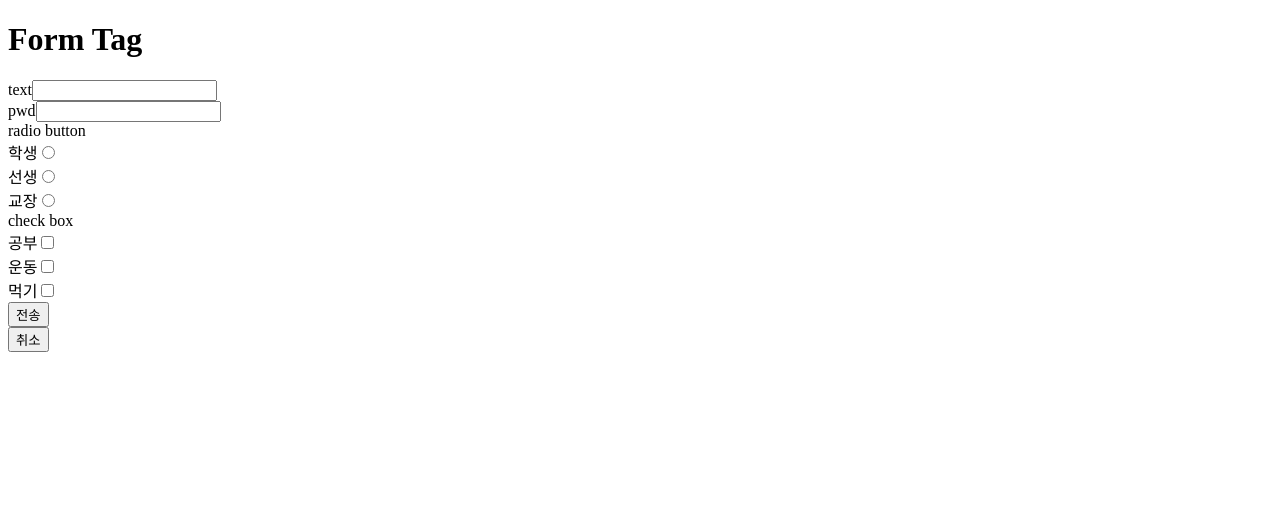
Repository: Scoobi-wisdoom/web
Page: d01/web/a6.html
An editor plug-in stored every save of this project. The page is shown before and after the next save, followed by the edit.
The browser window is 1280 px wide. The pictures show the whole page.

Above is the page before, as saved 2020-08-05 07:07:24.

### d01/web/a6.html
<!DOCTYPE html>
<html>
<head>
<meta charset="EUC-KR">
<title>Insert title here</title>
</head>
<body>
<h1>Form Tag</h1>
<form action="register" method="GET">
text<input type="text" name="t1"><br>
pwd<input type="password" name="p12"><br>
radio button<br>
학생<input type="radio" name="r1" value="v1"><br>
선생<input type="radio" name="r1" value="v2"><br>
교장<input type="radio" name="r1" value="v3"><br>
check box<br>
공부<input type="checkbox" name="c1" value="z1"><br>
운동<input type="checkbox" name="c1" value="z2"><br>
먹기<input type="checkbox" name="c1" value="z3"><br>
<input type="hidden" name="id" value="id01">
<input type="submit" value="전송"><br>
<input type="reset" value="취소"><br>
</form>
</body>
</html>

After the next save:
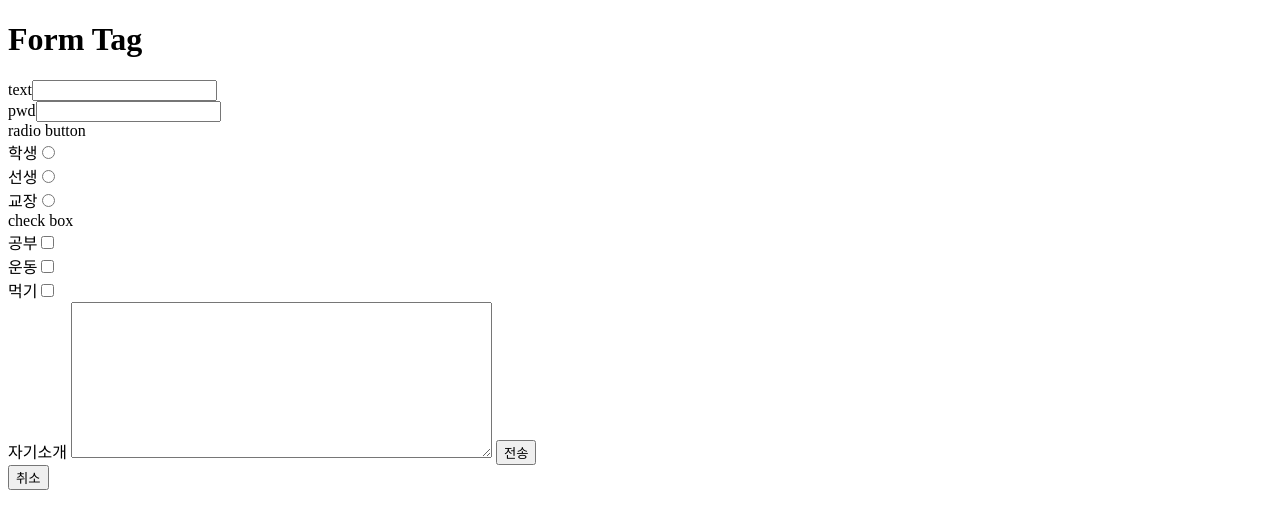
Saved 114 s later.
--- a/d01/web/a6.html
+++ b/d01/web/a6.html
@@ -17,6 +17,9 @@ check box<br>
 공부<input type="checkbox" name="c1" value="z1"><br>
 운동<input type="checkbox" name="c1" value="z2"><br>
 먹기<input type="checkbox" name="c1" value="z3"><br>
+
+자기소개
+<textarea rows="10" cols="50" name="tt"></textarea>
 <input type="hidden" name="id" value="id01">
 <input type="submit" value="전송"><br>
 <input type="reset" value="취소"><br>
